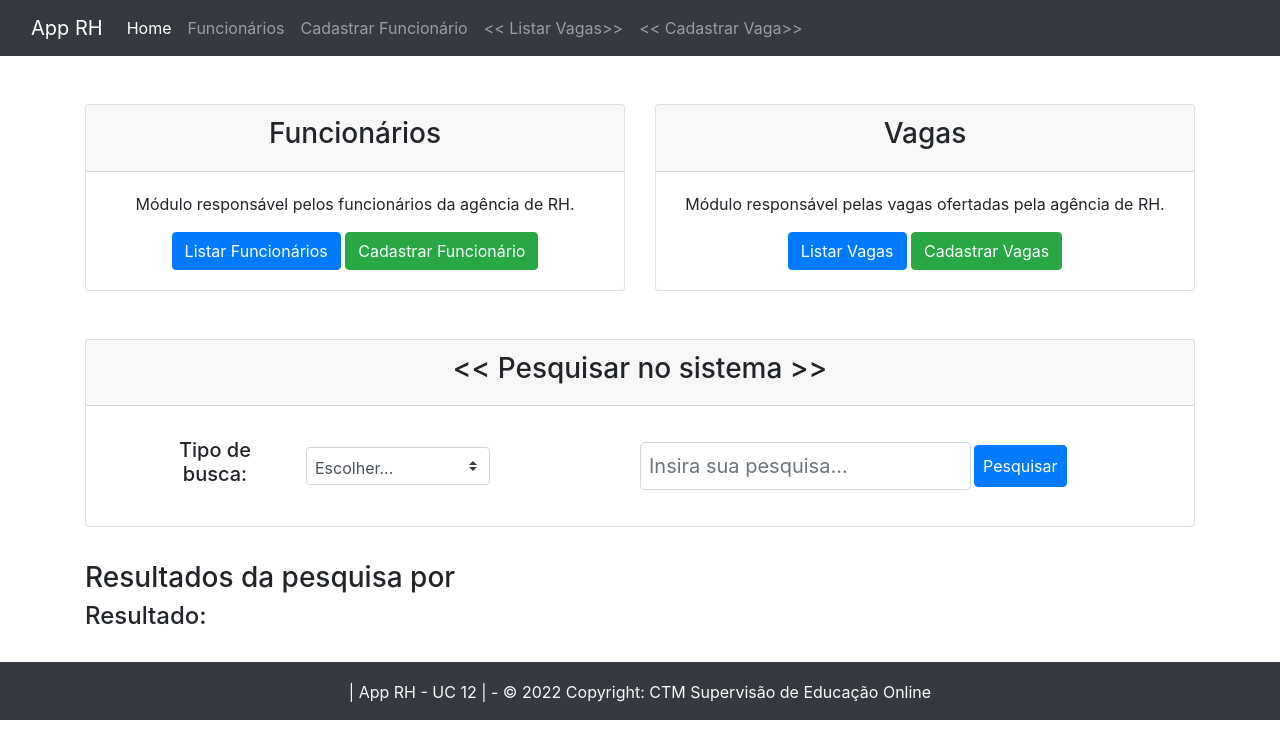
Repository: FilosoDev/SPRING-BOOT-testes
Page: http://localhost/index
These files come from the project's save history. The page is drawn as it stood at one moment and after the next save; the edit follows.
The browser window is 1280 px wide. The pictures show the whole page.
The page is this project's Thymeleaf template; nobody is signed in. The template is opened directly, without the code that normally fills it, so the values that code supplies are empty.

Above is the page before, as saved 2021-11-23 17:58:28.
Console error: TypeError: Cannot read properties of undefined (reading 'fn')

### AppRH/AppRH/src/main/resources/templates/index.html
<!DOCTYPE html>
<html lang=”pt-br” xmlns:th="http://thymeleaf.org"
	xmlns:layout="http://www.ultraq.net.nz/thymeleaf/layout">

<head>

<meta charset="utf-8">
<meta http-equiv="X-UA-Compatible" content="IE=edge">
<meta name="viewport" content="width=device-width, initial-scale=1">

<title>| App RH - UC 12 |</title>

<!-- Bootstrap -->
<link href="bootstrap/css/bootstrap.min.css" rel="stylesheet">

<!-- HTML5 shim e Respond.js para suporte no IE8 de elementos HTML5 e media queries -->
<!-- ALERTA: Respond.js não funciona se você visualizar uma página file:// -->
<!--[if lt IE 9]>
      <script src="https://oss.maxcdn.com/html5shiv/3.7.3/html5shiv.min.js"></script>
      <script src="https://oss.maxcdn.com/respond/1.4.2/respond.min.js"></script>
    <![endif]-->

</head>

<body>

	<header>

		<nav class="navbar navbar-expand-lg navbar-dark bg-dark">
			<div class="container-fluid">
				<a class="navbar-brand" href="/">App RH</a>
				<button class="navbar-toggler" type="button"
					data-bs-toggle="collapse" data-bs-target="#navbarNav"
					aria-controls="navbarNav" aria-expanded="false"
					aria-label="Toggle navigation">
					<span class="navbar-toggler-icon"></span>
				</button>
				<div class="collapse navbar-collapse" id="navbarNav">
					<ul class="navbar-nav">
						<li class="nav-item"><a class="nav-link active"
							aria-current="page" href="/">Home</a></li>
						<li class="nav-item"><a class="nav-link" href="/funcionarios">Funcionários</a></li>
						<li class="nav-item"><a class="nav-link"
							href="/cadastrarFuncionario">Cadastrar Funcionário</a></li>
						<li class="nav-item"><a class="nav-link" href="/vagas">
								<< Listar Vagas>> </a></li>
						<li class="nav-item"><a class="nav-link"
							href="/cadastrarVaga"> << Cadastrar Vaga>> </a></li>
					</ul>
				</div>
			</div>
		</nav>

	</header>

	<div class="container">
		<br> <br>

		<div class="row">
			<div class="col">
				<div class="card text-center">
					<div class="card-header card-title">
						<h3>Funcionários</h3>
					</div>
					<div class="card-body">

						<p class="card-text">Módulo responsável pelos funcionários da
							agência de RH.</p>
						<a href="/funcionarios" class="btn btn-primary">Listar
							Funcionários</a> <a href="/cadastrarFuncionario"
							class="btn btn-success">Cadastrar Funcionário</a>
					</div>
				</div>
			</div>
			<div class="col">
				<div class="card text-center">
					<div class="card-header  card-title">
						<h3>Vagas</h3>
					</div>
					<div class="card-body">
						<p class="card-text">Módulo responsável pelas vagas ofertadas
							pela agência de RH.</p>
						<a href="/vagas" class="btn btn-primary">Listar Vagas</a> <a
							href="/cadastrarVaga" class="btn btn-success">Cadastrar Vagas</a>
					</div>
				</div>
			</div>


		</div>
		<div class="row">
			<div class="col">
				<br> <br>
				<div class="card text-center card w-100">
					<div class="card-header">
						<h3><< Pesquisar no sistema >></h3>
					</div>



					<form class="form-inline" method="post">


						<div class="row form-group justify-content-center w-100 p-2">


							<div class="col col-14 col-md-2">

								<label for="cars" class="my-3 p-2"><h5>Tipo de
										busca:</h5></label>
							</div>

							<div class="row col-14 col-md-4">


								<select name="busca" id="busca" class="custom-select my-3 p-2">
									<option selected>Escolher...</option>
									<option value="nomefuncionario">Nome do Funcionário</option>
									<option value="nomedependente">Nome do Dependente</option>
									<option value="nomecandidato">Nome do Candidato</option>
									<option value="titulovaga">Nome da Vaga</option>
								</select>


						</div>

							<div class="row  col-14 col-md-4">

								<input
									class="form-control form-control-lg my-3 p-2"
									type="search" placeholder="Insira sua pesquisa..."
									aria-label="Pesquisar" name="nome">

							</div>

							<div class="row col-14 col-md-2">

								<button class="btn btn-primary my-3 p-2" type="submit">Pesquisar</button>

							</div>
						</div>

					</form>
				</div>
			</div>
			<br>
			<div class="container">
				<h3>
				<br>
					Resultados da pesquisa por <i> <span th:text="${busca}"></span>
					</i>
				</h3>
				<h4>
					Resultado: <span th:text="${contador}"></span>
				</h4>

				<div th:each="lstdependente : ${lista}">
					<span th:text="${lstdependente.nome}"></span> <br>

				</div>


				<div th:each="funcionario : ${funcionario}">
					<div class="row">
						<p>
							<span th:text="${funcionario.id}"></span>
						</p>
						<p>
							<span th:text="${funcionario.nome}"></span>
						</p>
						<p>
							<span th:text="${funcionario.data}"></span>
						</p>
						<p>
							<span th:text="${funcionario.email}"></span>
						</p>
					</div>
				</div>

				<div th:each="dependente : ${dependentes}">
					<span th:text="${dependente.cpf}"></span> <span
						th:text="${dependente.nome}"></span> <span
						th:text="${dependente.datanascimento}"></span> <br>
				</div>



			</div>



		</div>





		<div style="height: 100px;"></div>

		<div class="footer-copyright fixed-bottom bg-dark text-center py-3">
			<span class="text-light align-middle">| App RH - UC 12 | - ©
				2022 Copyright: CTM Supervisão de Educação Online</span>
		</div>

		<!--JavaScript bootstrap-->
		<script type="text/javascript" src="bootstrap/js/bootstrap.js"></script>
		<script
			src="https://cdn.jsdelivr.net/npm/bootstrap@5.1.3/dist/js/bootstrap.bundle.min.js"
			integrity="sha384-ka7Sk0Gln4gmtz2MlQnikT1wXgYsOg+OMhuP+IlRH9sENBO0LRn5q+8nbTov4+1p"
			crossorigin="anonymous">
	</script>
</body>

</html>

Loaded but not shown: AppRH/AppRH/src/main/resources/static/bootstrap/css/bootstrap.min.css (library); AppRH/AppRH/src/main/resources/static/bootstrap/js/bootstrap.js (library)

After the next save:
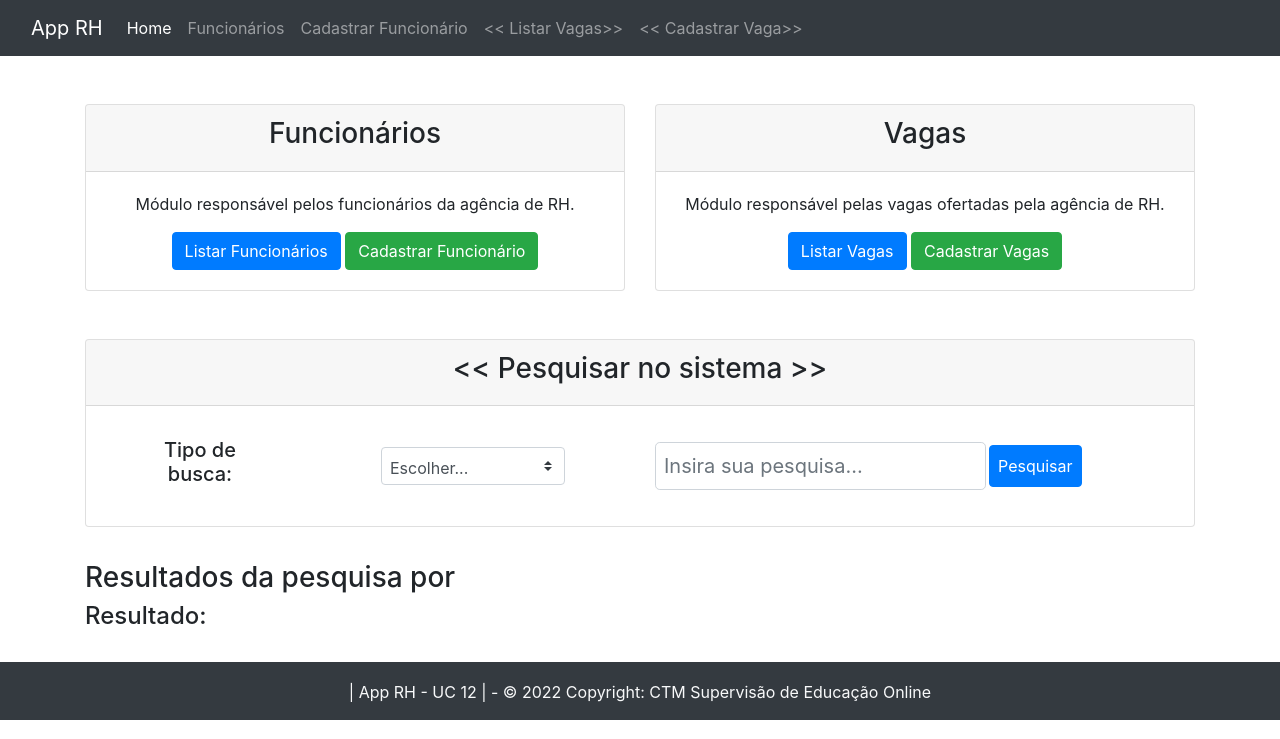
Saved 8 s later.
--- a/AppRH/AppRH/src/main/resources/templates/index.html
+++ b/AppRH/AppRH/src/main/resources/templates/index.html
@@ -110,7 +110,7 @@
 										busca:</h5></label>
 							</div>
 
-							<div class="row col-14 col-md-4">
+							<div class="col col-14 col-md-4">
 
 
 								<select name="busca" id="busca" class="custom-select my-3 p-2">
